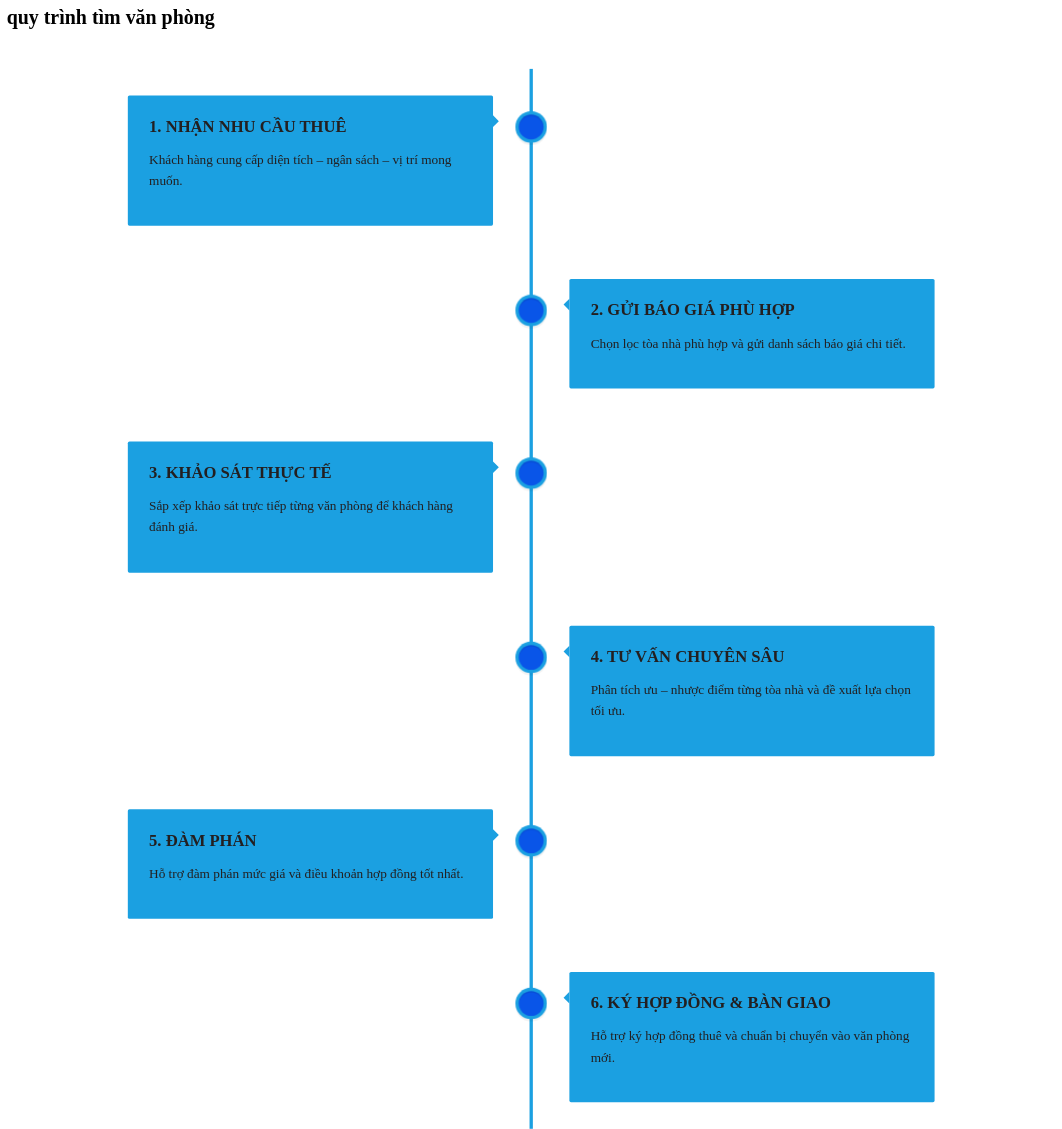
Repository: lannguyen1301/anphuholdings-main
Page: partials/home/quy-trinh-tim-van-phong-2.html
An editor plug-in stored every save of this project. The page is shown before and after the next save, followed by the edit.
The browser window is 1280 px wide. The pictures show the whole page, at 83% of full size.

Above is the page before, as saved 2026-01-03 09:01:15.

After the next save:
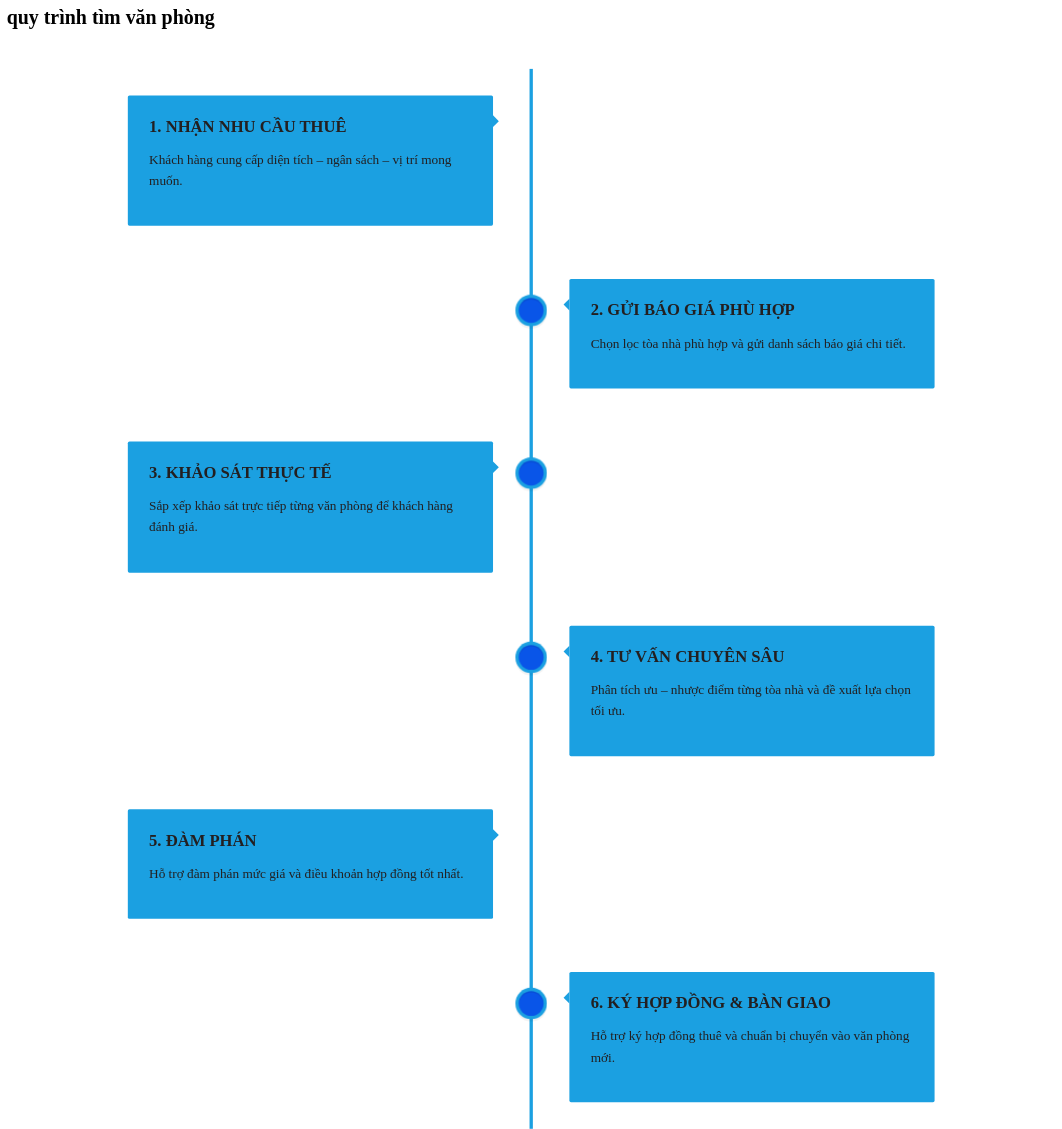
Saved 13 min 43 s later.
--- a/partials/home/quy-trinh-tim-van-phong-2.html
+++ b/partials/home/quy-trinh-tim-van-phong-2.html
@@ -294,9 +294,6 @@ Main components
 
 <div id="cd-timeline" class="cd-container">
     <div data-aos="fade-up" data-aos-delay="300" class="cd-timeline-block">
-        <div class="cd-timeline-img cd-movie">
-        </div> <!-- cd-timeline-img -->
-
         <div class="cd-timeline-content">
             <h3 class="">1. Nhận nhu cầu thuê</h3>
             <p class="">Khách hàng cung cấp diện tích – ngân sách – vị trí mong muốn.</p>
@@ -338,9 +335,6 @@ Main components
     </div> <!-- cd-timeline-block -->
 
     <div data-aos="fade-up" data-aos-delay="300" class="cd-timeline-block">
-        <div class="cd-timeline-img cd-movie">
-        </div> <!-- cd-timeline-img -->
-
         <div class="cd-timeline-content">
             <h3 class="">5. Đàm phán</h3>
             <p class="">Hỗ trợ đàm phán mức giá và điều khoản hợp đồng tốt nhất.</p>
